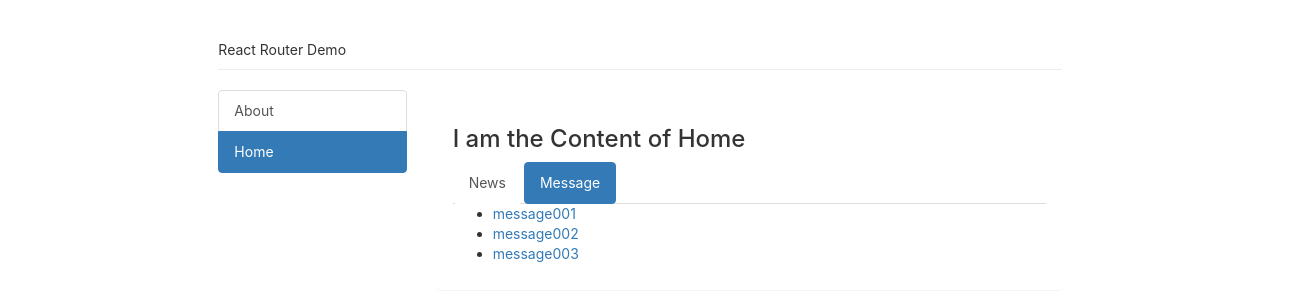
Repository: wenxi0504/Pubsub220113
Page: /home (app in githubsearch/)
These files come from the project's save history. The page is drawn as it stood at one moment and after the next save; the edit follows.
The browser window is 1280 px wide. The page is 1295 px wide, so the pictures cover 1295 px, including what lies to the right of the window. The pictures show the whole page.
The project was rebuilt for these pictures with package versions that can differ from the ones it lists, and the page was loaded fresh each time. Also part of the build but not shown: githubsearch/src/pages/About/index.js.

Above is the page before, as saved 2022-01-17 20:19:52.

After the next save:
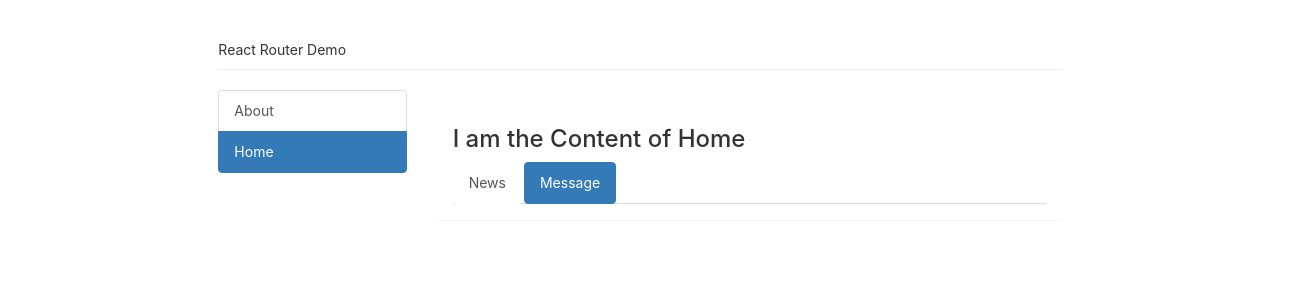
Saved 21 s later.
--- a/githubsearch/src/pages/Home/index.js
+++ b/githubsearch/src/pages/Home/index.js
@@ -18,19 +18,6 @@ export default class Home extends Component {
               </a>
             </li>
           </ul>
-          <div>
-            <ul>
-              <li>
-                <a href="/message1">message001</a>&nbsp;&nbsp;
-              </li>
-              <li>
-                <a href="/message2">message002</a>&nbsp;&nbsp;
-              </li>
-              <li>
-                <a href="/message/3">message003</a>&nbsp;&nbsp;
-              </li>
-            </ul>
-          </div>
         </div>
       </div>
     );
